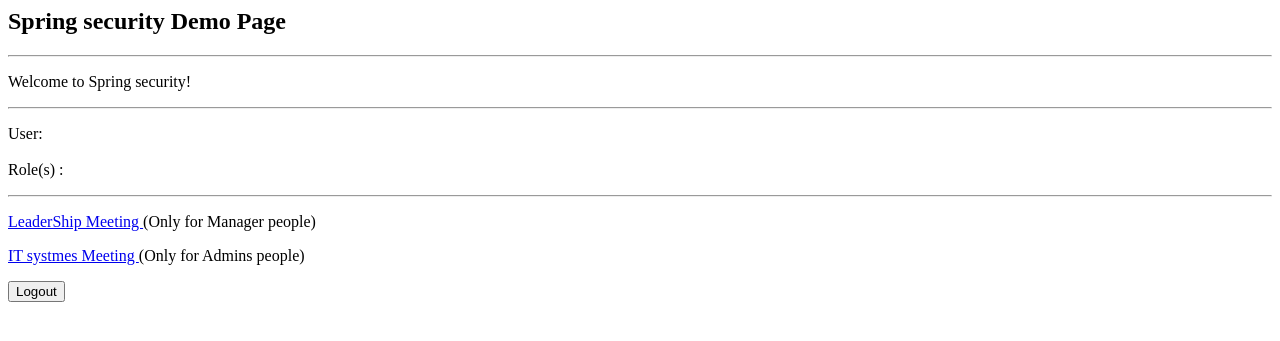
Repository: hardytomp/study-spring-hibernate-jpa-springboot-rest
Page: http://localhost/spring-security-demo-07-user-roles/WEB-INF/view/home.jsp
These files come from the project's save history. The page is drawn as it stood at one moment and after the next save; the edit follows.
The browser window is 1280 px wide. The pictures show the whole page.
The page is served by Tomcat 9. Nobody is signed in. The template is opened directly, without the code that normally fills it, so the values that code supplies are empty.

Above is the page before, as saved 2020-04-27 07:23:41.

After the next save:
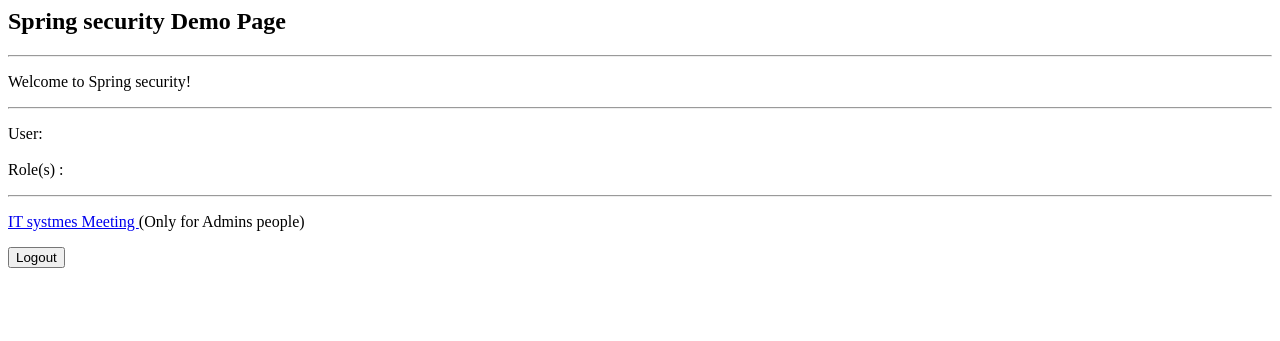
Saved 15 min 1 s later.
--- a/spring-security-demo-07-user-roles/src/main/webapp/WEB-INF/view/home.jsp
+++ b/spring-security-demo-07-user-roles/src/main/webapp/WEB-INF/view/home.jsp
@@ -24,11 +24,14 @@
 				</p>
 
 				<hr>
+				<security:authorize access="hasRole('MANAGER')">
 					<!--  Add a link to each specific employee pages -->
 					<p>
 						<a href="${pageContext.request.contextPath}/leaders">LeaderShip Meeting </a>
 						(Only for Manager people)
 					</p>
+
+				</security:authorize>
 
 					<!--  Add a link to each specific admin pages -->
 					<p>
